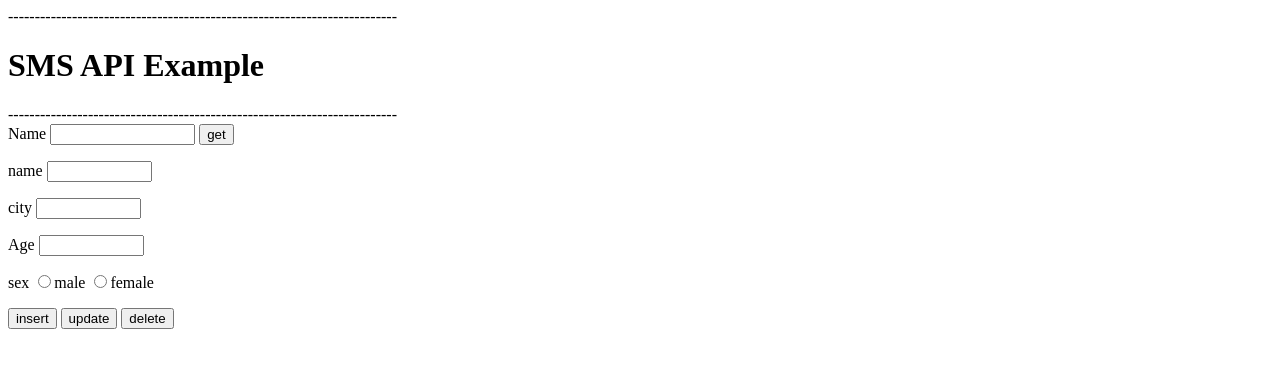
Repository: impelfin/anew
Page: node/sens/views/index.html
The author's editor kept a record of every edit. The page is drawn from the files as they stood at one moment, then again after the next edit.
The browser window is 1280 px wide. The pictures show the whole page.

Above is the page before.

### node/sens/views/index.html
<!DOCTYPE html>
<html>
<head>
<meta charset="UTF-8">
<title>SMS API Example</title>
</head>
<body>
-------------------------------------------------------------------------<br>
<h1> SMS API Example </h1>
-------------------------------------------------------------------------<br>
<form method='post' action='/send_sms' name='userForm' target='targetURL'>
      Name <input type='text' size='15' name='name'>
      <input type='button' value='get' onclick='location.href="/get?input="+document.mongoform.userid.value'>
      <p>
      name <input type='text' size='10' name='name'>
      <p>
      city <input type='text' size='10' name='city'>
      <p>
      Age <input type='text' size='10' name='age'>
      <p>
      sex <input type='radio' name='sex' value='male'>male
      <input type='radio' name='sex' value='female'>female
      <p>
      <input type='submit' value='insert' onclick='this.form.action="/insert"' >
      <input type='submit' value='update' onclick='this.form.action="/update"' >
      <input type='submit' value='delete' onclick='this.form.action="/delete"' >
</form>
</body>
</html>

After the next edit:
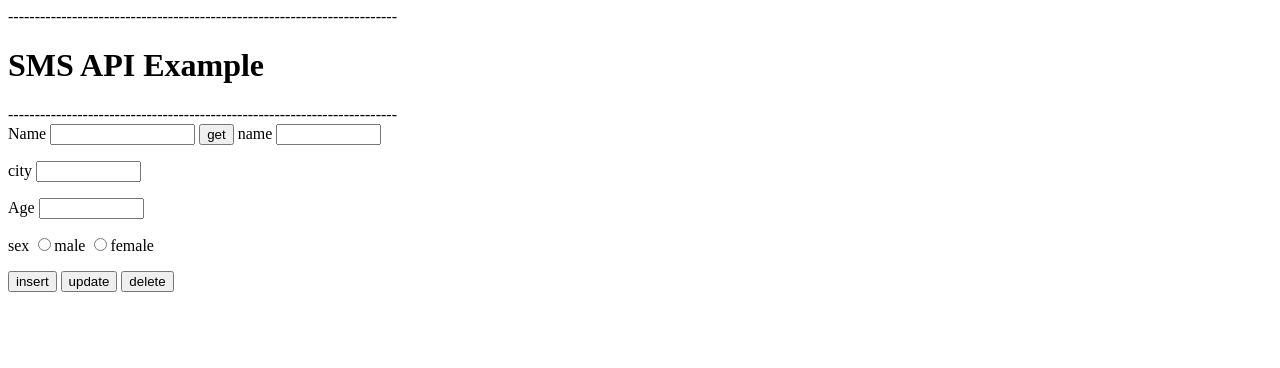
The edit:
--- a/node/sens/views/index.html
+++ b/node/sens/views/index.html
@@ -11,7 +11,7 @@
 <form method='post' action='/send_sms' name='userForm' target='targetURL'>
       Name <input type='text' size='15' name='name'>
       <input type='button' value='get' onclick='location.href="/get?input="+document.mongoform.userid.value'>
-      <p>
+
       name <input type='text' size='10' name='name'>
       <p>
       city <input type='text' size='10' name='city'>
